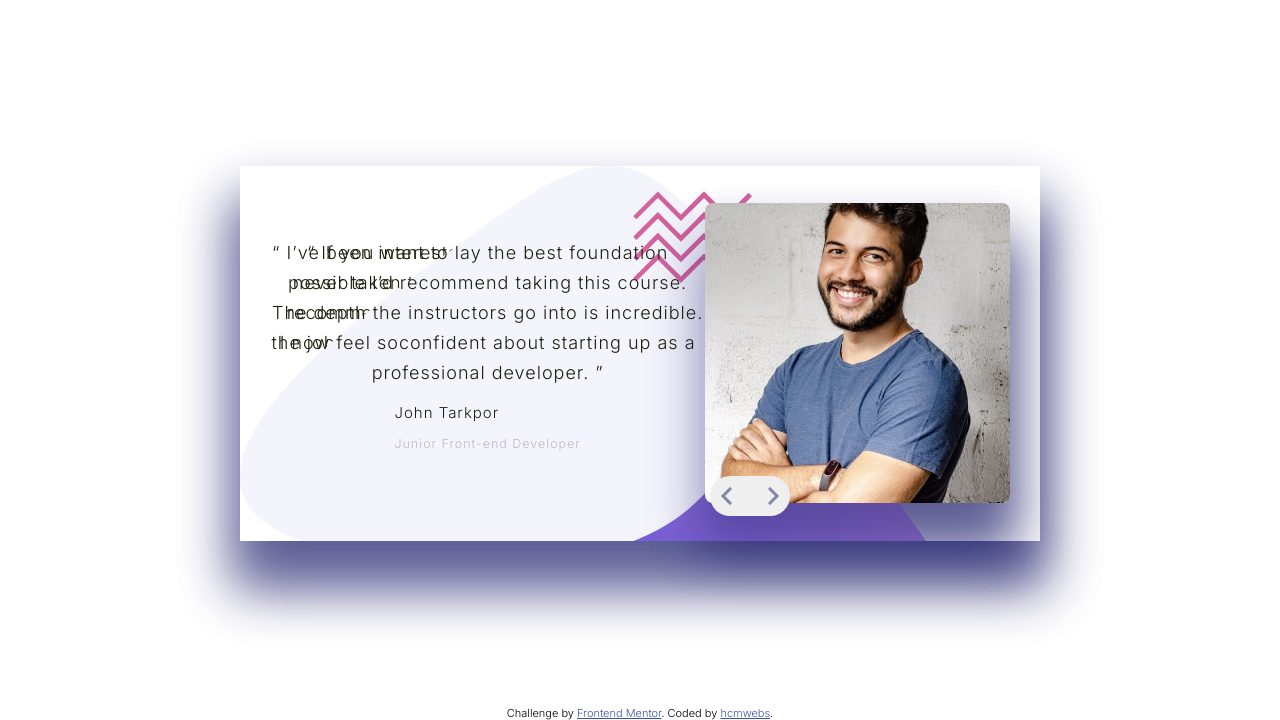
Repository: Hcmwebs/Coding-Bootcamp-Testimonials
Page: index.html
An editor plug-in stored every save of this project. The page is shown before and after a run of saves, followed by the edit.
The browser window is 1280 px wide. The pictures show the whole page.
The style sheet was rebuilt from its Sass, Less or Tailwind sources for each picture, by a compiler version that may differ from the author's.

Above is the page before, as saved 2020-10-31 07:23:23.

### index.html
<!DOCTYPE html>
<html lang="en">
  <head>
    <meta charset="UTF-8" />
    <meta name="viewport" content="width=device-width, initial-scale=1.0" />
    <!-- displays site properly based on user's device -->

    <link
      rel="icon"
      type="image/png"
      sizes="32x32"
      href="./images/favicon-32x32.png"
    />
    <link rel="stylesheet" href="css/main.css" />
    <title>Frontend Mentor | Coding Bootcamp Testimonials Slider</title>

    <style></style>
  </head>
  <body>
    <div class="container">
      <div class="card" id="cardOne">
        <div class="card__header">
          <img
            src="images/image-tanya.jpg"
            alt="Profile Tanya"
            id="profileTanya"
            class="card__header--profileImg"
          />
        </div>

        <button id="btnPrimary">
          <img src="images/icon-prev.svg" alt="icon-prev" />
          <img src="images/icon-next.svg" alt="icon-next" />
        </button>

        <div class="card__body">
          <h2>
            “ I’ve been interested in coding for a while but never taken the
            jump, until now. I couldn’t recommend this course enough. I’m now in
            the job of my dreams and so excited about the future. ”
          </h2>
          <div class="card__body--captionTxt">
            <p>Tanya Sinclair</p>
            <small>UX Engineer </small>
          </div>
        </div>
      </div>

      <div class="card cardTwo" id="cardTwo">
        <div class="card__header">
          <img
            src="images/image-john.jpg"
            alt="Profile John"
            id="profileJohn"
            class="card__header--profileImg"
          />
        </div>

        <button id="btnSecondary">
          <img src="images/icon-prev.svg" alt="icon-prev" />
          <img src="images/icon-next.svg" alt="icon-next" />
        </button>

        <div class="card__body">
          <h2>
            “ If you want to lay the best foundation possible I’d recommend
            taking this course. The depth the instructors go into is incredible.
            I now feel soconfident about starting up as a professional
            developer. ”
          </h2>
          <div class="card__body--captionTxt">
            <p>John Tarkpor</p>
            <small>Junior Front-end Developer</small>
          </div>
        </div>
      </div>
    </div>

    <div class="attribution">
      Challenge by
      <a href="https://www.frontendmentor.io?ref=challenge" target="_blank"
        >Frontend Mentor</a
      >. Coded by
      <a href="https://github.com/Hcmwebs" target="_blank">hcmwebs</a>.
    </div>
    <script src="main.js"></script>
  </body>
</html>

### main.js
const card = document.querySelectorAll('.card');
// const cardTwo = document.getElementById('cardTwo');
const container = document.querySelector('.container')
let active = false;
const btn= document.querySelectorAll('button');


for(let i = 0; i < card.length; i++ ){
btn[i].addEventListener('click', activate);
// btnSecondary.addEventListener('click', activate);
  function activate(){

    if(!active){
      card[i].classList.add('active');
      active = true;
    }
    else{
      card[i].classList.remove('active');
      active = false;
    }
  }
}

### scss/main.scss
@import url('https://fonts.googleapis.com/css2?family=Inter:wght@300;400&display=swap');

$font-stack:'Inter',
sans-serif;
$primaryColor : rgba(32, 32, 17, 1.0);
$secondaryColor : rgba(185, 185, 206, 1.0);
$boxShadowColor:rgba(36, 36, 113, 0.49);




@mixin gridCenter{
  display: grid;
  place-items: center;
}

@mixin flexCenter {
  display: flex;
  justify-content: center;
  align-items: center;

}

@mixin flexSpaceBetween {
  @include flexCenter;
  justify-content: space-between;
}


*{
  margin: 0;
  padding: 0;
  box-sizing: border-box;

}
body{
  font-family: $font-stack;
  font-size: 10px;
  font-weight: 300;
  height: 100vh;
  width: 100%;
  @include flexCenter;
  flex-direction: column;
}

.container{
  width: 100%;
  max-width: 375px;
  height: 100vh;
  @include flexCenter;
  grid-template-columns: 1fr;
  background-color: #fff;
  position: relative;
}
  .card{
  width: 375px;
  height: 667px;
  padding: 30px;
  @include flexSpaceBetween;
  flex-direction: column;
  background-image: url(/images/pattern-bg.svg);
  background-position: top center;
  background-size:contain;
  background-repeat: no-repeat;
  box-shadow: 0 40px 50px 5px $boxShadowColor;
  position: absolute;
  transition: all 0.85s ease-in-out;

  &__header{
    width: 100%;
    height: 300px;


    &--profileImg{
      width: 100%;
      height: 100%;
      object-fit: cover;
      border-radius: 0.5rem;
      box-shadow: 0 40px 50px 5px $boxShadowColor;
    }

  }

  button {
    width: 80px;
    height: 40px;
    padding: 10px;
    border-radius: 28px;
    border: none;
    @include flexSpaceBetween;
    position:absolute;
    top:310px
  }



  &__body{
    width: 100%;
    margin:50px 0;
    @include flexCenter;
    flex-direction: column;
    line-height: 30px;
    letter-spacing: 1.0px;

    h2{
      font-size: 18px;
      font-weight: 300;
      text-align: center;
      color:$primaryColor;
    }

    &--captionTxt{
      margin: 10px 0;
      text-align: left;
      font-size: 15px;
      font-weight: 300;


      p{
        color: $primaryColor;

      }

      small{
        color: $secondaryColor;

      }

    }

  }
}

.card-two{
  transform: translateX(2000px);
}
.card.active .cardTwo{
  transform: translateX(0);
}



.attribution {
  font-size: 11px;
  text-align: center;
}

.attribution a {
  color: hsl(228, 45%, 44%);
}

@media(min-width:768px){
  .container{
    max-width: 1440px;

  }
  .card{
    height: 375px;
    width: 800px;
    flex-direction: row-reverse;
    background-size: cover;

    &__header{
      width: 350px;
    }

    &__body{
      width: 500px;
      margin: 20px 0;
    }
  }


  button{
    right:250px
  }

}

After the next 2 saves:
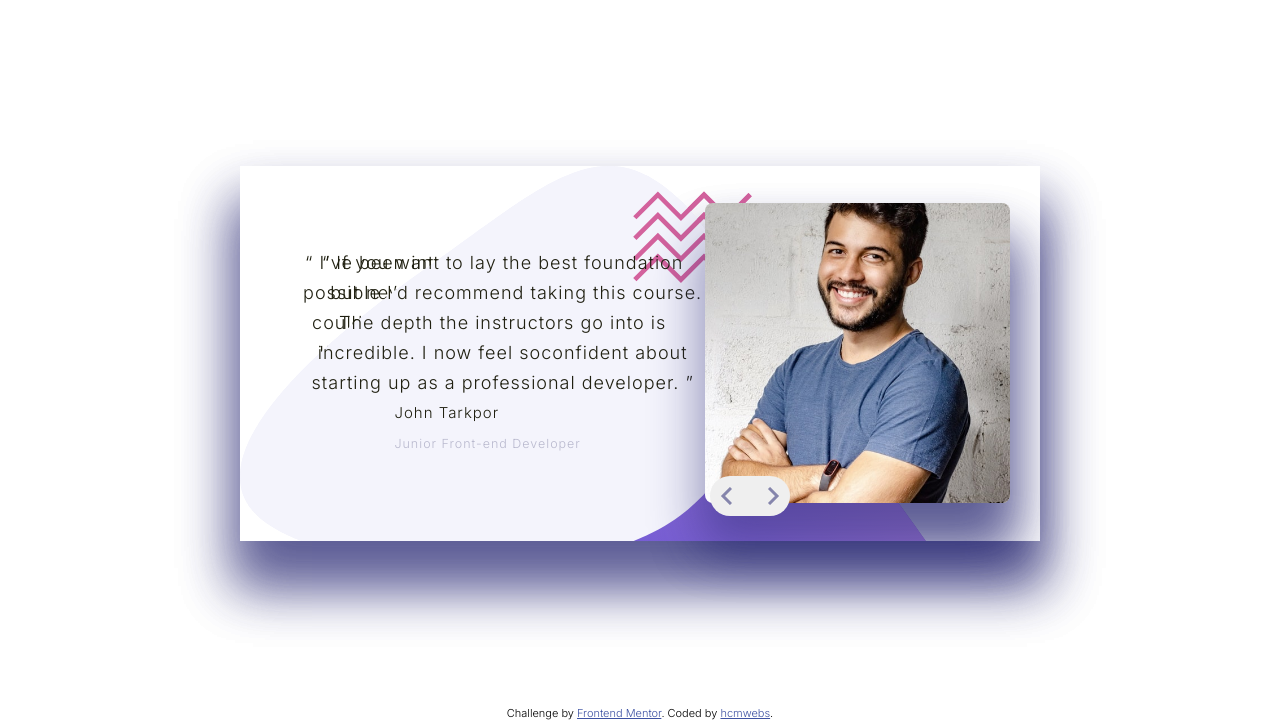
The 2 saves are shown as one change because 1 did not build or start.
The last was saved 2 min 44 s later.
--- a/scss/main.scss
+++ b/scss/main.scss
@@ -110,7 +110,6 @@ body{
     }
 
     &--captionTxt{
-      margin: 10px 0;
       text-align: left;
       font-size: 15px;
       font-weight: 300;
@@ -167,6 +166,16 @@ body{
     &__body{
       width: 500px;
       margin: 20px 0;
+
+
+      h2{
+        margin-left: 30px;
+      }
+
+      &--caption{
+        margin-left: 50px;
+      }
+
     }
   }
 
